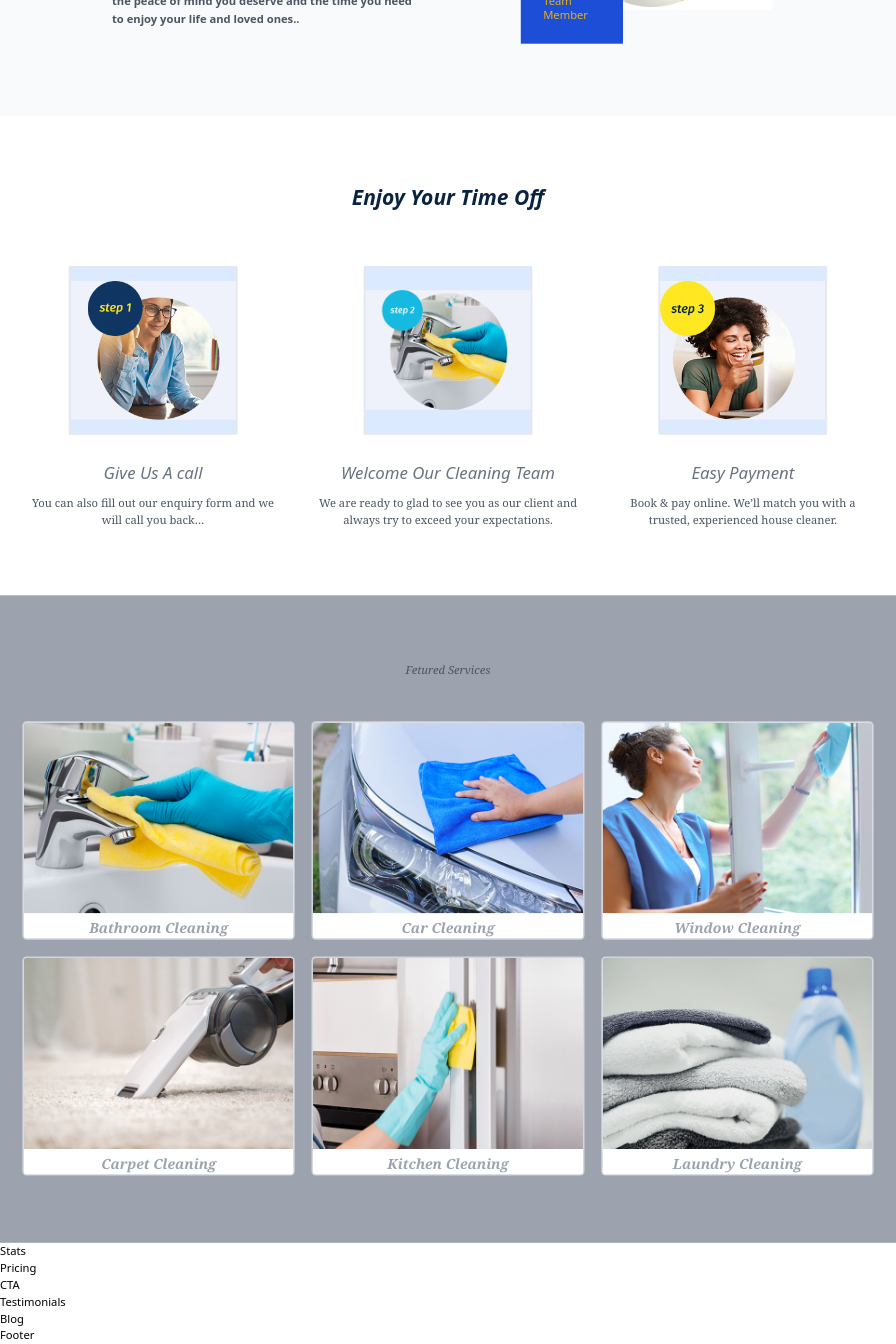
Repository: remydev47/cleonara
Page: /
An editor plug-in stored every save of this project. The page is shown before and after the next save, followed by the edit.
The browser window is 1280 px wide. The pictures show the part of the page from y = 1948 to 3868 px (the page is 3868 px tall before and 3865 px after), at 70% of full size.
The project was rebuilt for these pictures with package versions that can differ from the ones it lists, and the page was loaded fresh each time. The framework's server and built-in components were replaced by stand-ins that run in the browser. Also part of the build but not shown: next.config.js.

Above is the page before, as saved 2022-11-01 13:27:11.

After the next save:
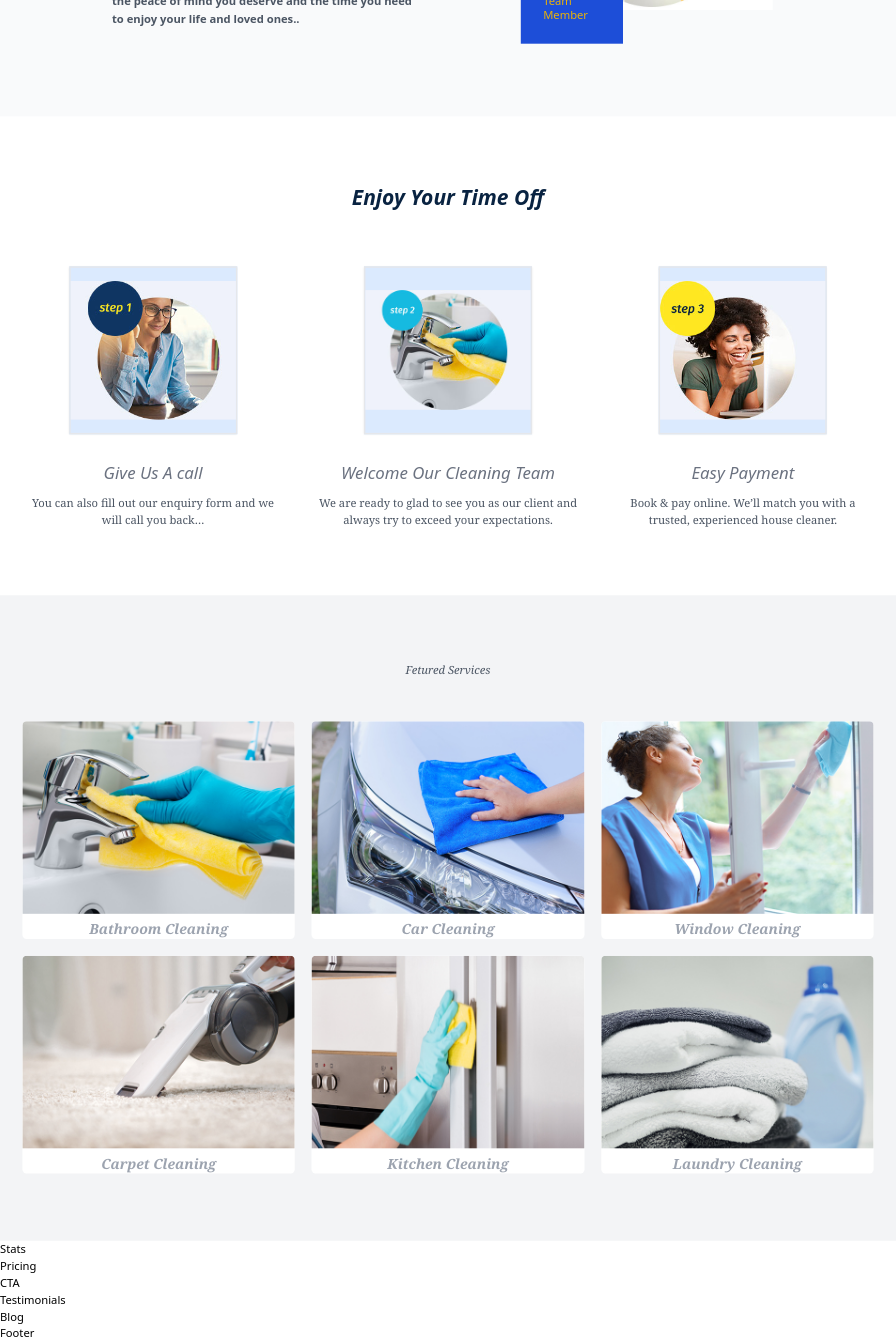
Saved 15 s later.
--- a/components/Services.tsx
+++ b/components/Services.tsx
@@ -35,7 +35,7 @@
 
 const Services = () => {
   return (
-    <section className="bg-gray-400/100 sm:py-16 lg:py-24">
+    <section className="bg-gray-100 sm:py-16 lg:py-24">
 
     <div className="px-4 mx-auto max-w-7xl sm:px-6 lg:px-8">
      <div className="max-w-2xl mx-auto text-center">
@@ -44,7 +44,7 @@
 
      <div className="grid max-w-md grid-cols-1 gap-6 mx-auto mt-8 text-center lg:max-w-full lg:mt-16 lg:grid-cols-3">
       {services.map((item, i) => (
-     <div className="overflow-hidden bg-white border-2 border-gray-300 rounded-md">
+     <div className="overflow-hidden bg-white border-gray-300 rounded-md">
           <div className="flex flex-col items-center justify-center">
 
               <img
